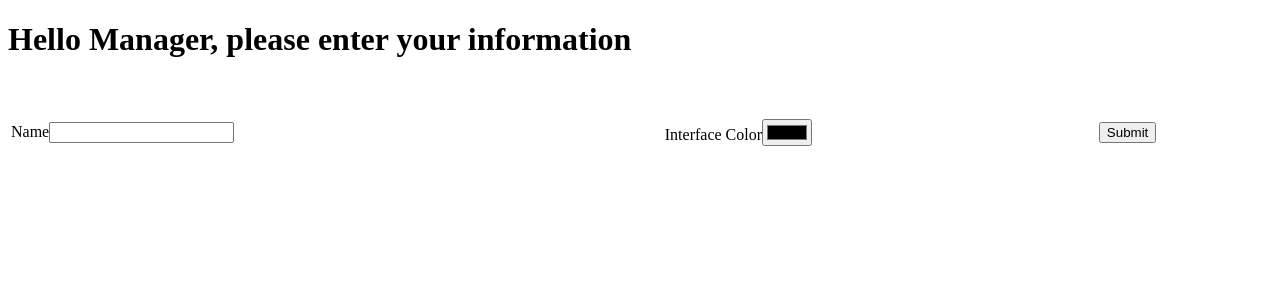
Repository: ir1998/cs201
Page: CSCI201Factory_Lab4/WebContent/setupForm.html
The author's editor kept a copy of each file at every save. The page is drawn from the files as they stood at one save, then again after the next save.
The browser window is 1280 px wide. The pictures show the whole page.

Above is the page before, as saved 2017-02-07 16:18:47.

After the next save:
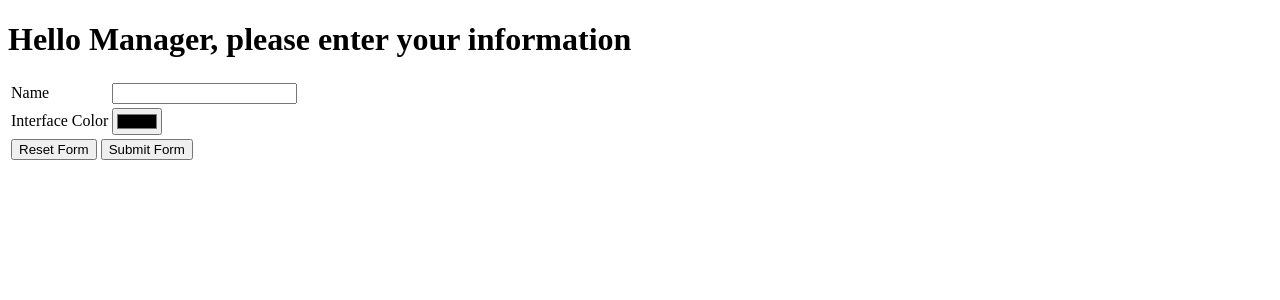
Saved 2 min 58 s later.
--- a/CSCI201Factory_Lab4/WebContent/setupForm.html
+++ b/CSCI201Factory_Lab4/WebContent/setupForm.html
@@ -6,12 +6,23 @@
 </head>
 <body>
 <h1>Hello Manager, please enter your information</h1>
-<table style="width:100%">
-  <tr>
-    <td>Name<input type="text" name="name"/></td><br>
-    <td>Interface Color<input type="color" name="color"/></td><br>
-    <td><input type="submit" name="submit" value="Submit"/></td>
-  </tr>
-</table>
+    <form name="setupform" method="GET" action="SetupServlet">
+      <table>
+        <tr>
+          <td>Name</td>
+          <td><input type="name" name="name" /></td>
+        </tr>
+        <tr>
+          <td>Interface Color</td>
+          <td><input type="color" name="color" /></td>
+        </tr>
+        <tr>
+          <td colspan="2">
+            <input type="reset" name="reset" value="Reset Form" />
+            <input type="submit" name="submit" value="Submit Form" />
+          </td>
+        </tr>
+      </table>
+    </form>
 </body>
 </html>
